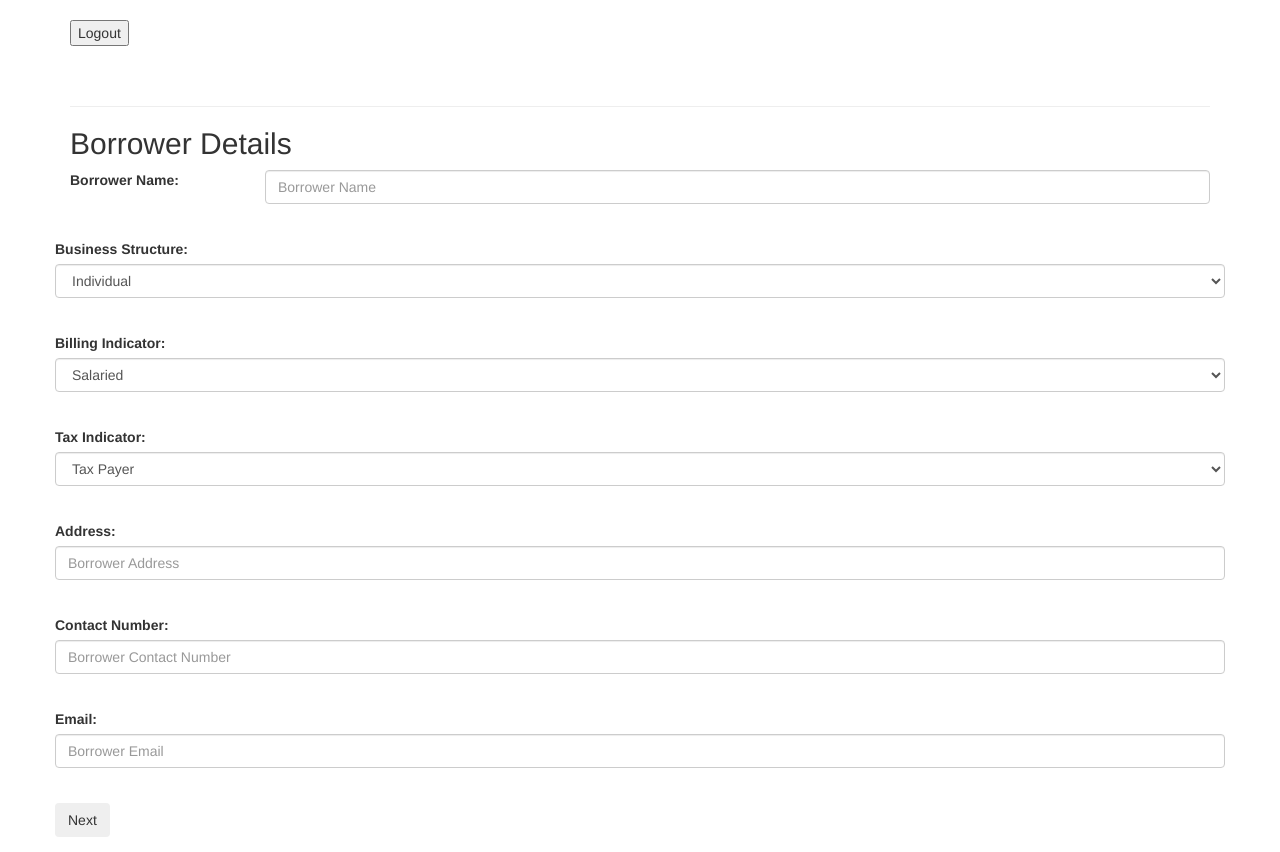
Repository: Bayvao/E-Loan-Project
Page: http://localhost/E-Loan-Project/WEB-INF/views/borrower-details-form.jsp
The author's editor kept a copy of each file at every save. The page is drawn from the files as they stood at one save, then again after the next save.
The browser window is 1280 px wide. The pictures show the whole page.
The page is served by Tomcat 9. Nobody is signed in. The template is opened directly, without the code that normally fills it, so the values that code supplies are empty.

Above is the page before, as saved 2020-07-20 12:39:47.

After the next save:
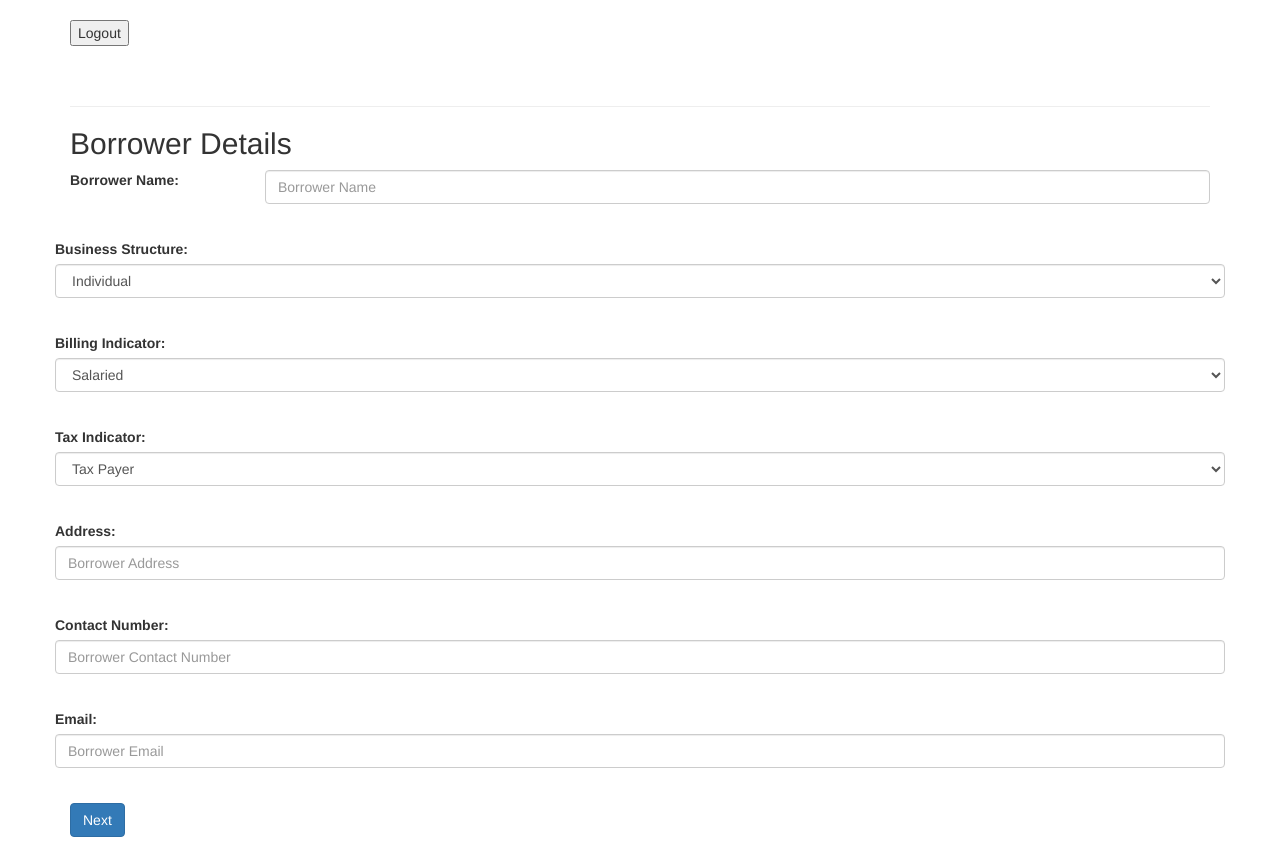
Saved 23 s later.
--- a/E-Loan-Project/src/main/webapp/WEB-INF/views/borrower-details-form.jsp
+++ b/E-Loan-Project/src/main/webapp/WEB-INF/views/borrower-details-form.jsp
@@ -109,7 +109,8 @@
 			</div>
 			<br>
 			<div class="form-group row">
-				<button type="submit" class="btn btn-blue text-center">Next</button>
+			<div class="col-sm-10">
+				<button type="submit" class="btn btn-primary">Next</button>
 			</div>
 		</form:form>
 	</div>
